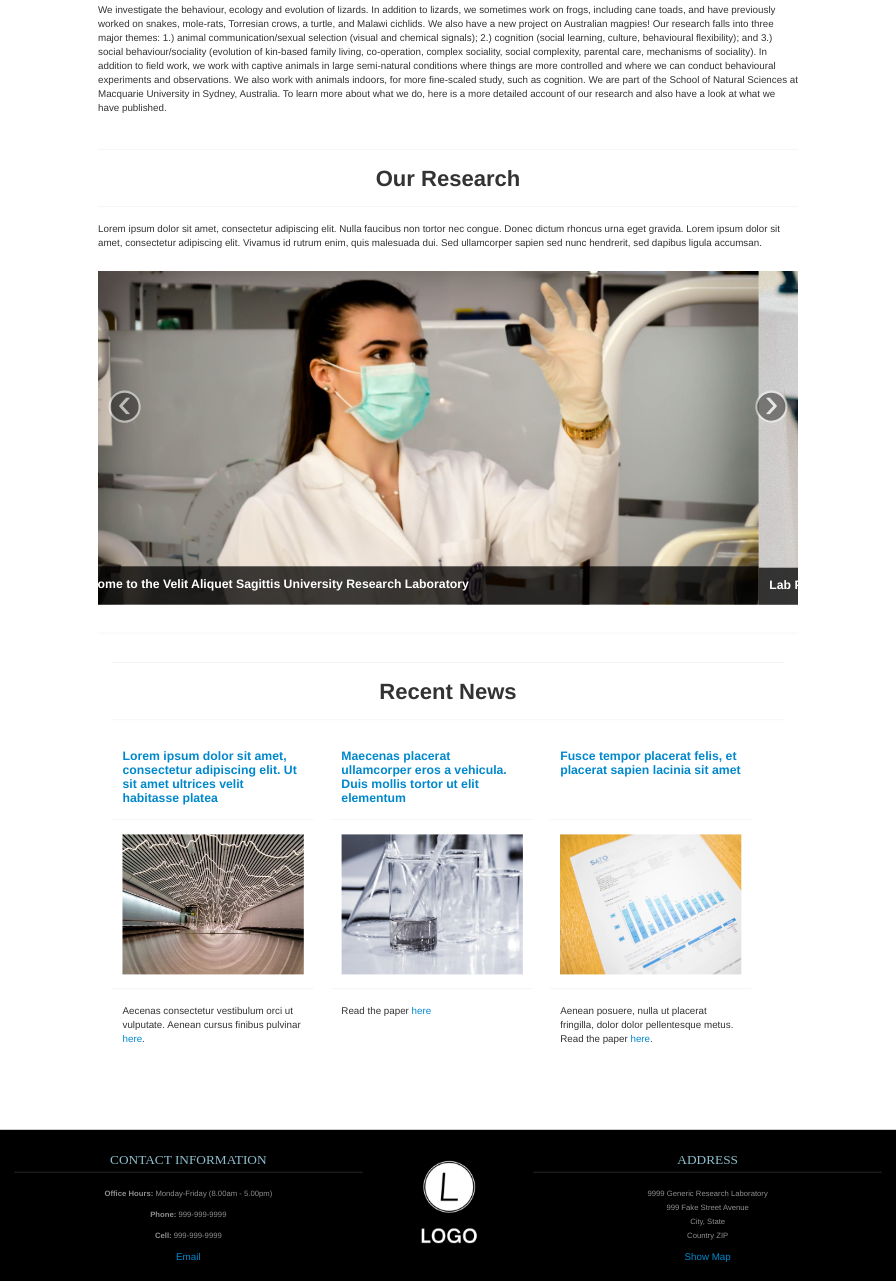
Repository: IAEUC/iaeuc.github.io
Page: index.html
These files come from the project's save history. The page is drawn as it stood at one moment and after the next save; the edit follows.
The browser window is 1280 px wide. The pictures show the part of the page from y = 650 to 2570 px (the page is 2480 px tall before and 2570 px after), at 70% of full size.

Above is the page before, as saved 2025-08-07 17:30:45.

### index.html
<!DOCTYPE html>
<html lang="en">
   <head>
      <meta charset="utf-8">
      <title>Generic Research Lab Template - Home</title>
      <meta name="viewport" content="width=device-width, initial-scale=1.0">
      <meta name="description" content="Research Lab, Home, Velit Aliquet Sagittis University">
      <meta name="author" content="">
      <!-- Le styles -->
      <link href="css/bootstrap.min.css" rel="stylesheet">
      <link href="css/bootstrap-responsive.min.css" rel="stylesheet">
      <link href="css/theme.css" rel="stylesheet">
   </head>
   <body>
      <div class="container">
         <header class="jumbotron subhead" id="overview">
            <p class="lead"> Velit Aliquet Sagittis University </p>
            <h1>Experimental Research Lab</h1>
         </header>
         <div class="masthead">
            <div class="navbar">
               <div class="navbar-inner">
                  <div class="container">
                     <ul class="nav">
                        <li class="active"><a href="#">Home</a></li>
                        <li><a href="people.html">People</a></li>
                        <li><a href="research.html">Research</a></li>
                        <li><a href="publications.html">Publications</a></li>
                        <li><a href="gallery.html">Gallery</a></li>
                        <li><a href="news.html">News</a></li>
                        <li><a href="teaching.html">Teaching</a></li>
                        <li><a href="contact.html">Contact</a></li>
                     </ul>
                  </div>
               </div>
            </div>
         </div>
         <div class="centered" style="margin-bottom: 20px;">
                                 <img src="images/lab-photo.jpg" alt="Research Laboratory" style="width: 1200px; max-height: 400px; border-radius: 8px;">
                              </div>
         <div class="row-fluid">
            <div class="span12">
                              <p>
                                We investigate the behaviour, ecology and evolution of lizards. In addition to lizards, we sometimes work on frogs, including cane toads, and have previously worked on snakes, mole-rats, Torresian crows, a turtle, and Malawi cichlids. We also have a new project on Australian magpies! Our research falls into three major themes: 1.) animal communication/sexual selection (visual and chemical signals); 2.) cognition (social learning, culture, behavioural flexibility); and 3.) social behaviour/sociality (evolution of kin-based family living, co-operation, complex sociality, social complexity, parental care, mechanisms of sociality).

                                 In addition to field work, we work with captive animals in large semi-natural conditions where things are more controlled and where we can conduct behavioural experiments and observations. We also work with animals indoors, for more fine-scaled study, such as cognition.

                                 We are part of the School of Natural Sciences at Macquarie University in Sydney, Australia. To learn more about what we do, here is a more detailed account of our research and also have a look at what we have published.
                              </p>
                              <br/>
                           </div>
         </div>
         <div class="row-fluid">
                  <hr>
                  <h2 class="centered">Our Research</h2>
                  <hr>
         </div>
         <div class="row-fluid">
            <div class="span12">
                              <p>
                                 Lorem ipsum dolor sit amet, consectetur adipiscing elit. Nulla faucibus non tortor nec congue.
                                 Donec dictum rhoncus urna eget gravida. Lorem ipsum dolor sit amet, consectetur adipiscing elit.
                                 Vivamus id rutrum enim, quis malesuada dui. Sed ullamcorper sapien sed nunc hendrerit, sed dapibus
                                 ligula accumsan.
                              </p>
                              <br/>
                           </div>
         </div>

         <div class="row-fluid">
            <div class="span12">
               <div id="main-carousel" class="carousel slide">
                  <div class="carousel-inner">
                     <div class="item active">
                        <img src="images/ani-kolleshi-crop3.JPG" class="carousel-image" alt="">
                        <div class="carousel-caption">
                           <h4>Welcome to the Velit Aliquet Sagittis University Research Laboratory</h4>
                           <!-- -->
                           <p></p>
                        </div>
                     </div>
                     <div class="item">
                        <img src="images/microscope-crop1.JPG" class="carousel-image" alt="">
                        <div class="carousel-caption">
                           <h4>Lab Photos</h4>
                           <p></p>
                        </div>
                     </div>
                     <div class="item">
                        <img src="images/building-crop1.JPG" class="carousel-image" alt="">
                        <div class="carousel-caption">
                           <h4>Main Building Photo</h4>
                           <p></p>
                        </div>
                     </div>
                  </div>
                  <a class="left carousel-control" href="#main-carousel" data-slide="prev">‹</a>
                  <a class="right carousel-control" href="#main-carousel" data-slide="next">›</a>
               </div>
            </div>
         </div>
         <hr>
         <div class="container-fluid">

               <div class="row-fluid">
                  <hr>
                  <h2 class="centered">Recent News</h2>
                  <hr>
               </div>
            <div class="row-fluid">
               <div class="span4 feature-item">
                  <h4 class="feature-heading"><a href="https://unsplash.com/photos/QvbLjB9pHLM">Lorem ipsum dolor sit amet, consectetur adipiscing elit. Ut sit amet ultrices velit habitasse platea</a></h4>
                  <hr>
                  <div class="centered">
                     <a href="https://unsplash.com/photos/QvbLjB9pHLM"><img src="thumbs/ivanov-crop.JPG" alt=""></a>
                  </div>
                  <hr>
                  <p>Aecenas consectetur vestibulum orci ut vulputate. Aenean cursus finibus pulvinar <a href="https://unsplash.com/photos/QvbLjB9pHLM">here</a>. </p>
                  <br/>
               </div>
               <div class="span4 feature-item">
                  <h4 class="feature-heading"><a href="https://unsplash.com/photos/lQGJCMY5qcM">Maecenas placerat ullamcorper eros a vehicula. Duis mollis tortor ut elit elementum</a></h4>
                  <hr>
                  <div class="centered">
                     <a href="https://unsplash.com/photos/lQGJCMY5qcM"><img src="thumbs/beaker-crop.JPG" alt=""></a>
                  </div>
                  <hr>
                  <p>Read the paper <a href="https://unsplash.com/photos/lQGJCMY5qcM">here</a> </p>
               </div>
               <div class="span4 feature-item">
                  <h4 class="feature-heading"><a href="https://unsplash.com/photos/QCbZ4ASLhM8">Fusce tempor placerat felis, et placerat sapien lacinia sit amet<br/><br/><br/></a></h4>
                  <hr>
                  <div class="centered">
                     <a href="https://unsplash.com/photos/QCbZ4ASLhM8"><img src="thumbs/sato-chart.JPG" alt=""></a>
                  </div>
                  <hr>
                  <p> Aenean posuere, nulla ut placerat fringilla, dolor dolor pellentesque metus. Read the paper <a href="https://unsplash.com/photos/QCbZ4ASLhM8">here</a>.</p>
                  <br/>
                  <br/>
                  <br/>
               </div>
            </div>
         </div>
      </div>
      <footer id="footer">
         <div class="container-fluid">
            <div class="row-fluid">
               <div class="span5">
                  <h3>Contact Information</h3>
                  <p><b>Office Hours: </b>Monday-Friday (8.00am - 5.00pm)</p>
                  <p><b>Phone: </b>999-999-9999</p>
                  <p><b>Cell: </b>999-999-9999</p>
                  <a href="mailto:your.email@uni.edu">Email</a>
               </div>
               <div class="span2">
                  <a href="https://mybrandnewlogo.com/"><img src = "thumbs/generic-logo.JPG" alt="research-lab-logo"/></a>
               </div>
               <div class="span5">
                  <h3>Address</h3>
                  <p>9999 Generic Research Laboratory<br>
                     999 Fake Street Avenue<br>
                     City, State<br>
                     Country ZIP
                  </p>
                  <a href="http://maps.google.com/">Show Map</a>
               </div>
            </div>
         </div>
      </footer>

      <!-- Javascript files -->
      <script src="js/jquery-1.9.1.min.js"></script>
      <script src="js/bootstrap.min.js"></script>
      <script> $('#main-carousel').carousel(); </script>
   </body>
</html>

### css/theme.css
body {
	padding-top: 15px;
	padding-bottom: 0px;
}


/* Custom container */

.container {
	margin: 0 auto;
	max-width: 1000px;
}

.container>hr {
	margin: 20px 0
}


/* Customize the navbar links to be fill the entire space of the .navbar */

.navbar .navbar-inner {
	padding: 0
}

.navbar .nav {
	margin: 0;
	display: table;
	width: 100%;
}

.navbar .nav li {
	display: table-cell;
	width: 1%;
	float: none;
}

.navbar .nav li a {
	font-weight: bold;
	text-align: center;
	border-left: 1px solid rgba(255, 255, 255, .75);
	border-right: 1px solid rgba(0, 0, 0, .1);
}

.navbar .nav li:first-child a {
	border-left: 0;
	border-radius: 3px 0 0 3px;
}

.navbar .nav li:last-child a {
	border-right: 0;
	border-radius: 0 3px 3px 0;
}

body>.navbar {
	font-size: 13px
}


/* Change the docs' brand */

body>.navbar .brand {
	padding-right: 0;
	padding-left: 0;
	margin-left: 20px;
	float: right;
	font-weight: bold;
	color: #000;
	text-shadow: 0 1px 0 rgba(255, 255, 255, .1), 0 0 30px rgba(255, 255, 255, .125);
	-webkit-transition: all .2s linear;
	-moz-transition: all .2s linear;
	transition: all .2s linear;
}

body>.navbar .brand:hover {
	text-decoration: none;
	text-shadow: 0 1px 0 rgba(255, 255, 255, .1), 0 0 30px rgba(255, 255, 255, .4);
}


/* Sidenav for Docs
         -------------------------------------------------- */

@media screen and (max-width: 768px) {
	.bs-docs-sidenav {
		display: none !important;
	}
}

.bs-docs-sidenav {
	width: 228px;
	margin: 30px 0 0;
	padding: 0;
	background-color: #fff;
	-webkit-border-radius: 6px;
	-moz-border-radius: 6px;
	border-radius: 6px;
	-webkit-box-shadow: 0 1px 4px rgba(0, 0, 0, .065);
	-moz-box-shadow: 0 1px 4px rgba(0, 0, 0, .065);
	box-shadow: 0 1px 4px rgba(0, 0, 0, .065);
}

.bs-docs-sidenav>li>a {
	display: block;
	width: 200px;
	margin: 0 0 -1px;
	padding: 8px 14px;
	border: 1px solid #e5e5e5;
}

.bs-docs-sidenav>li>a.subhead {
	display: block;
	width: 168px;
	margin: 0 0 -1px;
	padding: 8px 30px;
	border: 1px solid #e5e5e5;
	font-size: 12px;
}

.bs-docs-sidenav>li:first-child>a {
	-webkit-border-radius: 6px 6px 0 0;
	-moz-border-radius: 6px 6px 0 0;
	border-radius: 6px 6px 0 0;
}

.bs-docs-sidenav>li:last-child>a {
	-webkit-border-radius: 0 0 6px 6px;
	-moz-border-radius: 0 0 6px 6px;
	border-radius: 0 0 6px 6px;
}

.bs-docs-sidenav>.active>a {
	position: relative;
	z-index: 2;
	padding: 9px 15px;
	border: 0;
	text-shadow: 0 1px 0 rgba(0, 0, 0, .15);
	-webkit-box-shadow: inset 1px 0 0 rgba(0, 0, 0, .1), inset -1px 0 0 rgba(0, 0, 0, .1);
	-moz-box-shadow: inset 1px 0 0 rgba(0, 0, 0, .1), inset -1px 0 0 rgba(0, 0, 0, .1);
	box-shadow: inset 1px 0 0 rgba(0, 0, 0, .1), inset -1px 0 0 rgba(0, 0, 0, .1);
}

.bs-docs-sidenav>li>a:hover {
	background-color: #f5f5f5
}

.bs-docs-sidenav a:hover .icon-chevron-right {
	opacity: .5
}

.bs-docs-sidenav.affix {
	top: 10px
}

.bs-docs-sidenav.affix-bottom {
	position: absolute;
	top: auto;
	bottom: 270px;
}


/* Responsive
         -------------------------------------------------- */

.affix {
	top: 0px
}

#media {
	margin-top: 70px
}

#media .header {
	margin-left: 0;
	margin-bottom: 56px;
	margin-top: 30px;
}

#media .post_row {
	margin-left: 0;
	margin-bottom: 40px;
}

#media .lastpost_row {
	margin-bottom: 0
}

#media .post_row .post {
	background: #fff;
	/*margin-left: 0;;
    margin-right: 20px;*/
	border-radius: 4px;
	box-shadow: 1px 1px 2px 0px #E0E0E0;
	width: 487px;
	height: 616px;
}

#media .post_row .last {
	margin-right: 0
}

#media .post_row .post .img {
	position: relative;
	text-align: center;
}

#media .post_row .post .img .date {
	background: #E8554E;
	position: absolute;
	padding: 2px 5px;
	top: 0;
	left: 11px;
}

#media .post_row .post .img .date p {
	color: #fff;
	font-size: 14px;
	font-weight: bold;
	font-style: italic;
	margin: 0;
}

#media .post_row .post .img img {
	height: 275px;
	width: 410px;
}

#media .post_row .post .text {
	margin: 18px auto 0;
	width: 83%;
}

#media .post_row .post .text h5 {
	margin: 0 0 8px 0;
	font-size: 20px;
	line-height: 23px;
}

#media .post_row .post .text h5 a {
	color: #333
}

#media .post_row .post .text span.date {
	color: #9F9F9F;
	display: block;
	margin-bottom: 12px;
	font-style: italic;
	font-size: 13px;
}

#media .post_row .post .text p {
	margin: 0;
	line-height: 21px;
	font-size: 14px;
}

#media .post_row .post .author_box {
	margin: 12px auto 20px;
	border-top: 1px solid #EDEDED;
	overflow: hidden;
	text-align: left;
	width: 85%;
	padding-top: 12px;
}

#media .post_row .post .author_box h6 {
	margin: 0 0 3px 0;
	font-size: 13px;
	line-height: 15px;
	font-style: italic;
	font-weight: normal;
	color: #B2B2B2;
}

#media .post_row .post .author_box p {
	color: #B2B2B2;
	font-style: italic;
	font-size: 13px;
	line-height: 14px;
	margin: 0;
}

#media .post_row .post .author_box img {
	float: right
}

#media .post_row .post a.plus_wrapper {
	width: 99%;
	text-align: center;
	background: #fff;
	display: none;
	border-radius: 0px 0px 4px 4px;
	padding: 6px 0px 2px;
	margin: 0 auto 1px;
}

#media .post_row .post a.plus_wrapper span {
	color: #1189D9;
	font-size: 30px;
	font-weight: bold;
}

#media .post_row .post:hover a.plus_wrapper {
	display: block
}

#media .post_row .post:hover {
	box-shadow: 0px 1px 5px 1px rgb(216, 216, 216)
}

#media .post_row .post:hover .text h5 a {
	color: #1189D9
}

.map .box_wrapp {
	position: absolute;
	margin: 15px auto;
	box-shadow: 0 0 7px 0 rgba(26, 26, 26, 0.4);
	padding: 30px 0 30px;
	background: white;
	border-radius: 4px;
	margin-top: 25px;
}

.map .box_wrapp .box_cont {
	margin: 30px auto;
	width: 76%;
}

.section-header {
	text-align: center;
	margin-bottom: 35px;
}

.section-header h1,
.title-text {
	font-weight: bold;
	font-size: 30px;
	margin: 12.5px 0;
	font-weight: 100;
	margin-bottom: 25px;
	line-height: 55px;
}

.feature-item:hover {
	box-shadow: 0px 1px 5px 1px rgb(216, 216, 216)
}

.feature-item img {
	margin-left: 15px;
	margin-right: 15px;
	max-width: 90%;
	height: 200px;
}

.feature-item h5 {
	margin-left: 15px;
	margin-right: 15px;
	margin-top: 20px;
	margin-bottom: 20px;
}

.feature-item p {
	margin-left: 15px;
	margin-right: 15px;
}

.feature-heading {
	margin-top: 20px;
	margin-bottom: 20px;
	margin-left: 15px;
	margin-right: 15px;
}

.feature-heading a:hover {
	text-decoration: none;
}

.feature-button {
	font-size: 16px;
	background-image: none;
	box-shadow: none;
	margin-bottom: 10px;
}

.centered {
	text-align: center;
}

.subhead {
	text-align: left;
	border-bottom: 1px solid #ddd;
}

.jumbotron {
	position: relative;
	padding: 45px 0px 35px 0px;
	color: #fff;
	text-align: center;
	text-shadow: 0 1px 3px rgba(0, 0, 0, .4), 0 0 30px rgba(0, 0, 0, .075);
	background: #30393C;
	background: -moz-linear-gradient(45deg, #30393C 0%, #000000 100%);
	background: -webkit-gradient(linear, left bottom, right top, color-stop(0%, #30393C), color-stop(100%, #30393C));
	background: -webkit-linear-gradient(45deg, #30393C 0%, #000000 100%);
	background: -o-linear-gradient(45deg, #30393C 0%, #000000 100%);
	background: -ms-linear-gradient(45deg, #30393C 0%, #000000 100%);
	background: linear-gradient(45deg, #30393C 0%, #000000 100%) repeat;
	-webkit-box-shadow: inset 0 3px 7px rgba(0, 0, 0, .2), inset 0 -3px 7px rgba(0, 0, 0, .2);
	-moz-box-shadow: inset 0 3px 7px rgba(0, 0, 0, .2), inset 0 -3px 7px rgba(0, 0, 0, .2);
	box-shadow: inset 0 3px 7px rgba(0, 0, 0, .2), inset 0 -3px 7px rgba(0, 0, 0, .2);
}

.jumbotron:after {
	content: '';
	display: block;
	position: absolute;
	top: 0;
	right: 0;
	bottom: 0;
	left: 0;
	opacity: .4;
}

.lead {
	margin-bottom: 0px;
	font-size: 21px;
	font-weight: 200;
	line-height: 15px;
}

img.float-left {
	float: left;
	margin-top: 9px;
	margin-left: 0px;
	margin-right: 30px;
	margin-bottom: 12px;
}

img.float-right {
	float: right;
	margin-top: 9px;
	margin-right: 0px;
	margin-bottom: 12px;
	margin-left: 30px;
}

img.publications-thumb {
	width: 142px;
	height: 188px;
}

.caption {
	margin: 10px;
}

.responsive-video {
	position: relative;
	padding-bottom: 56.25%;
	padding-top: 60px;
	overflow: hidden;
}

.responsive-video iframe,
.responsive-video object,
.responsive-video embed {
	position: absolute;
	top: 0;
	left: 0;
	width: 93.5%;
	height: 93.5%;
}

.video-caption {
	margin: 10px;
}

.accordion {
	margin-bottom: 20px;
	margin-right: 40px;
}

.thumbnail>img.sponsor {
	width: 212px;
	height: 150px;
}

img.carousel-image {
	width: 100%;
}

li.publication {
	margin-bottom: 20px;
}

.page-header h3 a:hover {
	text-decoration: none;
}

iframe.map-frame {
	border: none;
	overflow: hidden;
	margin-top: 10px;
	margin-bottom: 10px;
	margin-left: 0px;
	margin-right: 0px;
	height: 550px;
	width: 100%;
}

ul.sponsors {
	margin-top: 40px;
	margin-bottom: 40px;
}

#footer {
	z-index: 10;
	margin-top: 50px;
	margin-bottom: 0px;
	padding-bottom: 25px;
	border-top-width: 8px;
	border-top-style: solid;
	border-top-color: #2F2F2F;
	background-color: #000000;
	border: 0;
	font-size: 100%;
	font: inherit;
	vertical-align: baseline;
	text-align: center;
}

#footer h3 {
	font-size: 19px;
	text-transform: uppercase;
	font-family: BebasNeueRegular;
	color: #8DBECE;
	border-bottom-width: 1px;
	border-bottom-style: solid;
	border-bottom-color: #30393C;
	line-height: 35px;
	margin-bottom: 20px;
	margin-top: 25px;
	font-weight: normal;
}

#footer a img {
	margin-top: 40px;
}

#footer p,
#footer address {
	color: #8F8F8F;
	font-size: 11px;
}

Loaded but not shown: css/bootstrap.min.css (library); css/bootstrap-responsive.min.css (library); js/jquery-1.9.1.min.js (library); js/bootstrap.min.js (library)

After the next save:
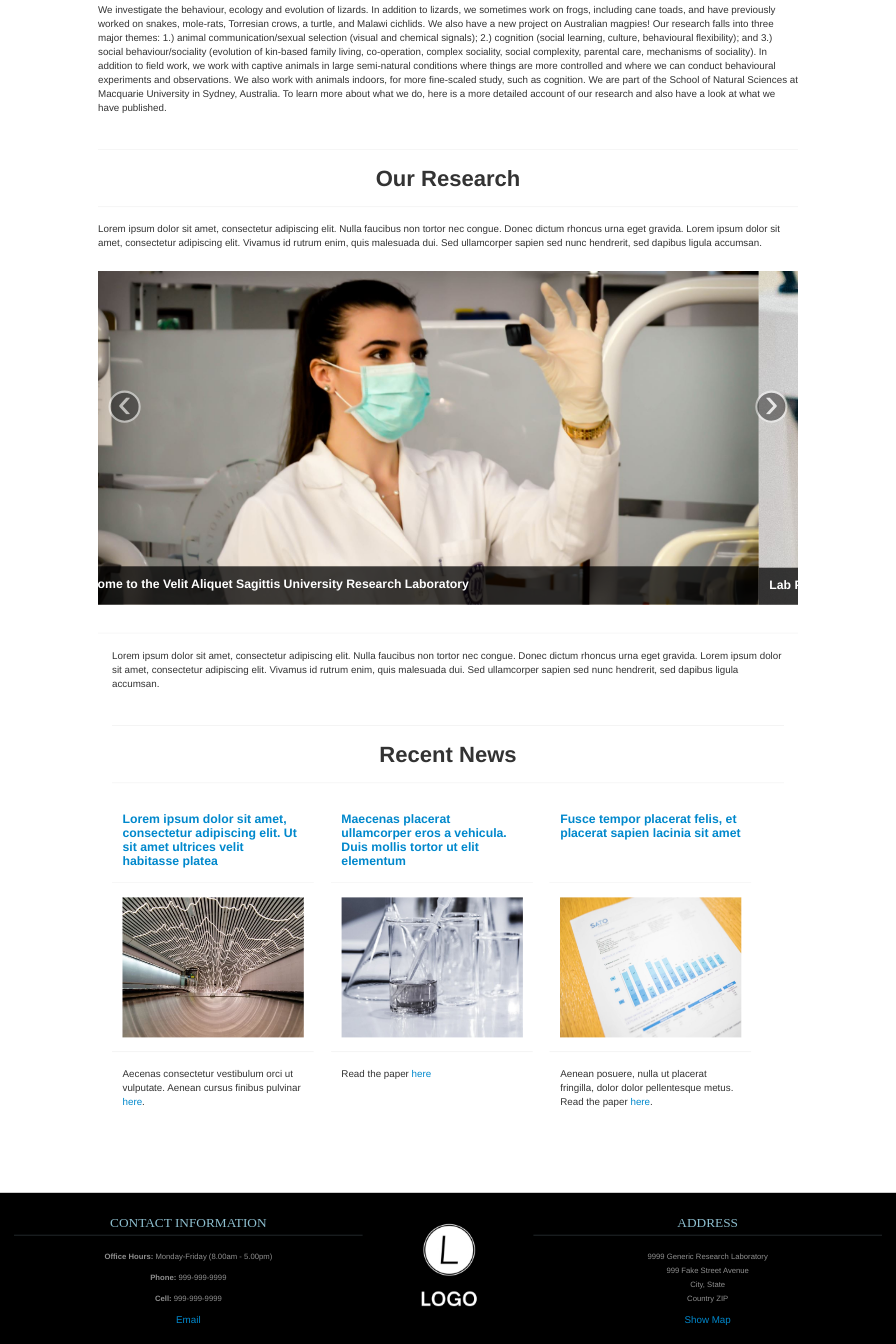
Saved 4 s later.
--- a/index.html
+++ b/index.html
@@ -101,7 +101,17 @@
          </div>
          <hr>
          <div class="container-fluid">
-
+            <div class="row-fluid marketing">
+               <div class="span12">
+                  <p>
+                     Lorem ipsum dolor sit amet, consectetur adipiscing elit. Nulla faucibus non tortor nec congue.
+                     Donec dictum rhoncus urna eget gravida. Lorem ipsum dolor sit amet, consectetur adipiscing elit.
+                     Vivamus id rutrum enim, quis malesuada dui. Sed ullamcorper sapien sed nunc hendrerit, sed dapibus
+                     ligula accumsan.
+                  </p>
+                  <br/>
+               </div>
+            </div>
                <div class="row-fluid">
                   <hr>
                   <h2 class="centered">Recent News</h2>
